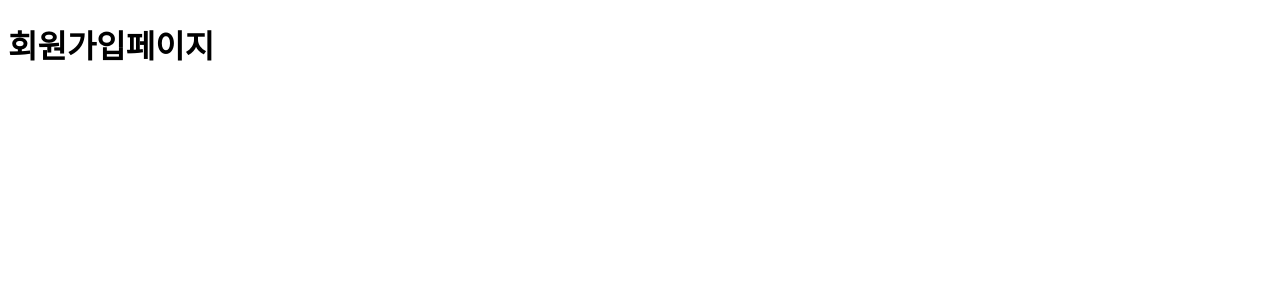
Repository: emthrology/servertest
Page: http://localhost/practices/views/member/join.jsp
These files come from the project's save history. The page is drawn as it stood at one moment and after the next save; the edit follows.
The browser window is 1280 px wide. The pictures show the whole page.
The page is served by Tomcat 9.

Above is the page before, as saved 2019-05-17 01:55:11.

After the next save:
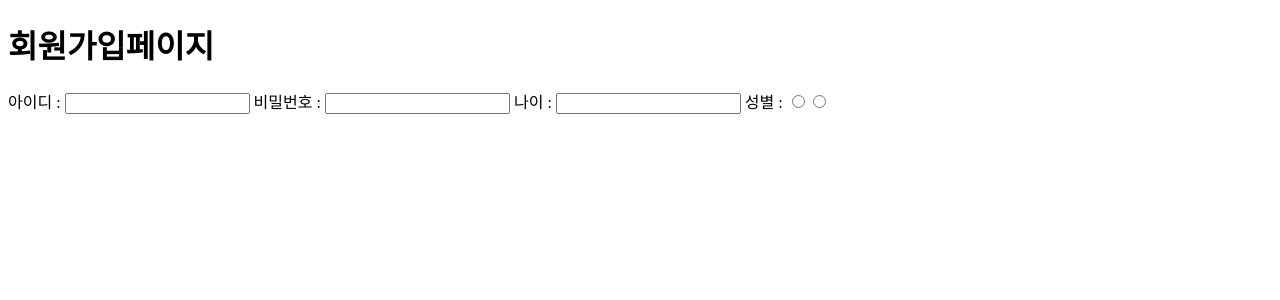
Saved 3 min 46 s later.
--- a/apache/practices/WebContent/views/member/join.jsp
+++ b/apache/practices/WebContent/views/member/join.jsp
@@ -8,6 +8,11 @@
 </head>
 <body>
 	<h1>회원가입페이지</h1>
-
+	<form action="/join" method="post">
+		아이디 : <input type="text" name="memberId">
+		비밀번호 : <input type="text" name="memberPw">
+		나이 : <input type="text" name="age">
+		성별 : <label for="sex"><input type="radio" name="sex" class="sex" value="남자"><input type="radio" name="sex" class="sex" value="여자"</label>
+	</form>
 </body>
 </html>
